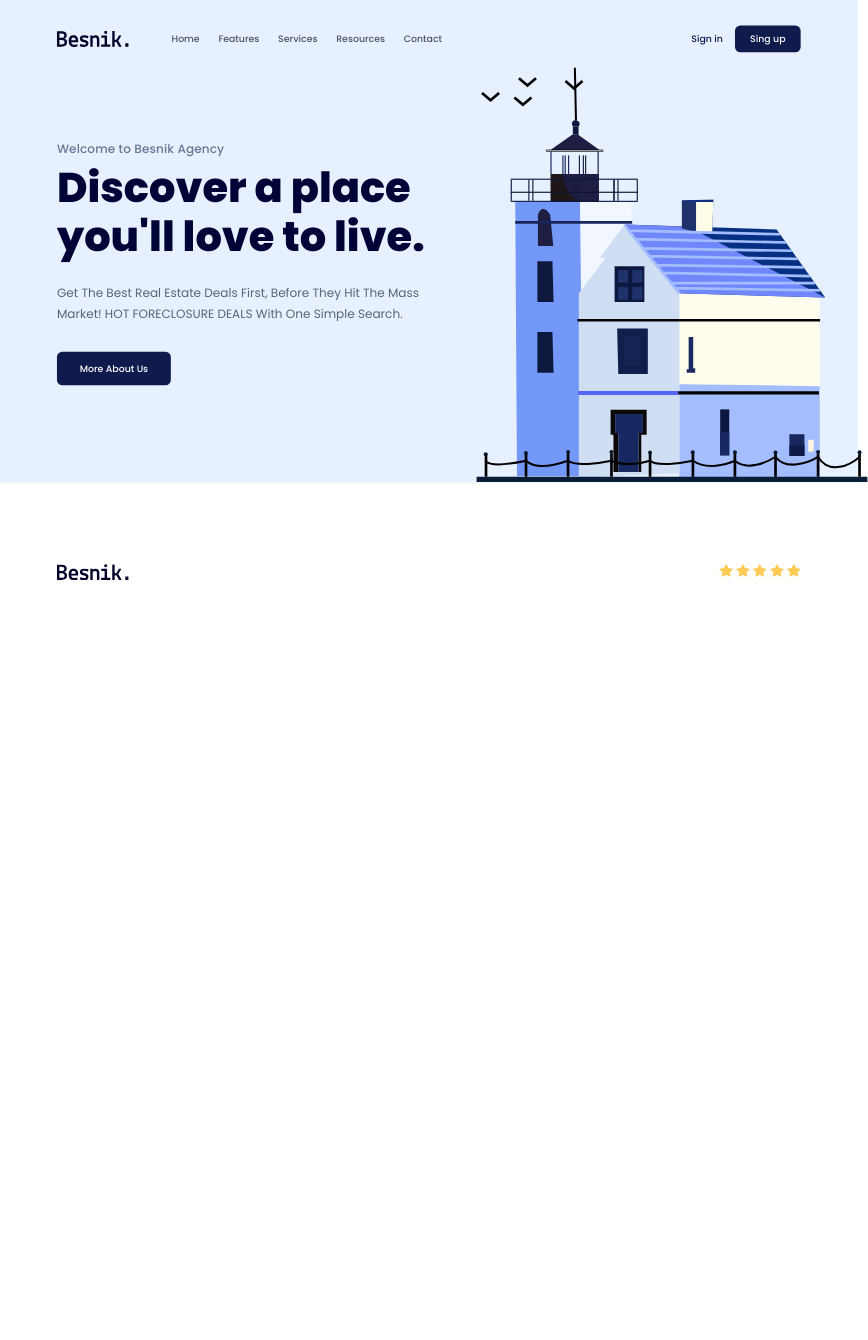
Repository: anhtien111198/f8-htmlcss-01
Page: index.html
An editor plug-in stored every save of this project. The page is shown before and after the next save, followed by the edit.
The browser window is 1280 px wide. The page is 1295 px wide, so the pictures cover 1295 px, including what lies to the right of the window. The pictures show the whole page, at 67% of full size.

Above is the page before, as saved 2023-04-29 16:26:25.

After the next save:
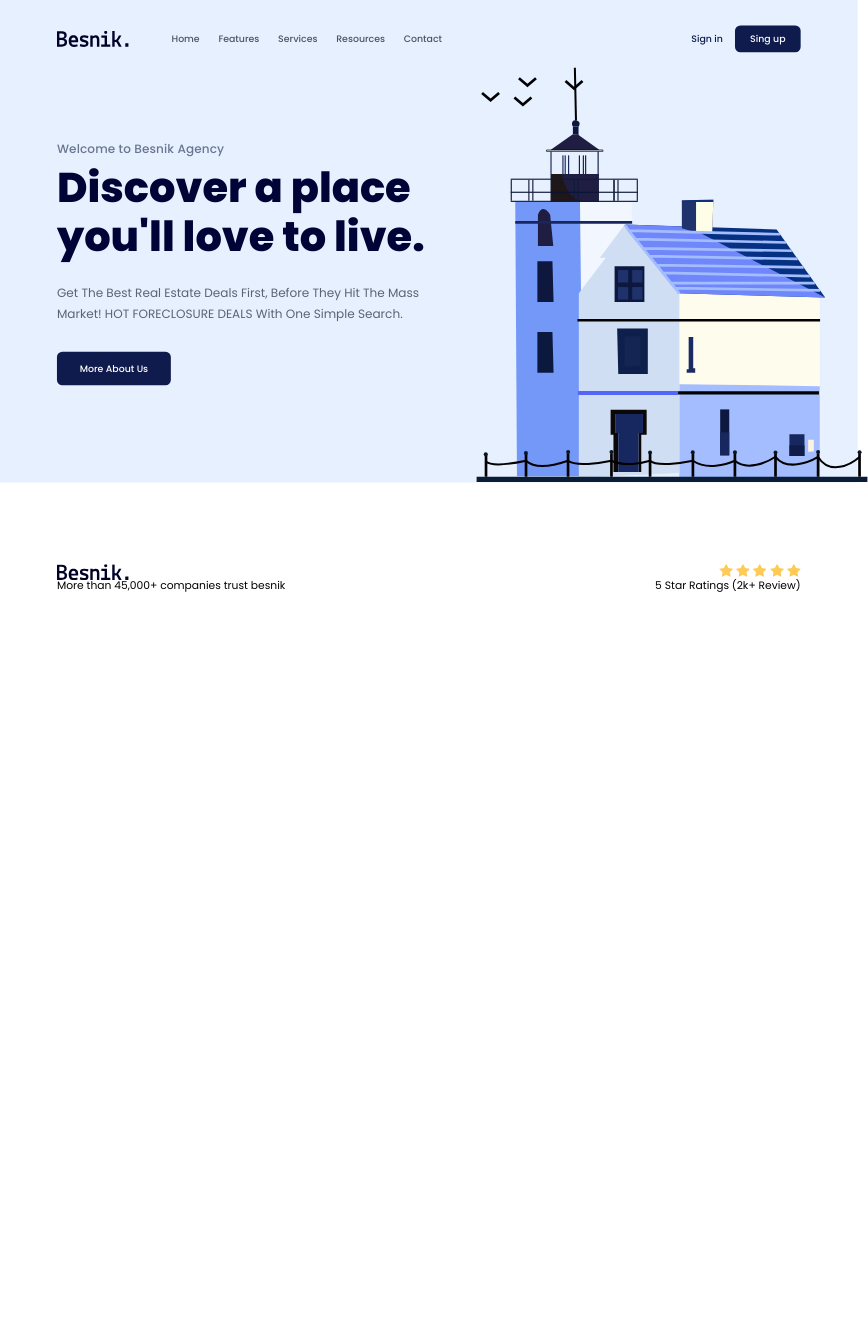
Saved 104 s later.
--- a/index.html
+++ b/index.html
@@ -79,6 +79,10 @@
                             <img src="./assets/img/start.svg" alt="start" />
                         </div>
                     </div>
+                    <div class="row">
+                        <p>More than 45,000+ companies trust besnik</p>
+                        <p>5 Star Ratings (2k+ Review)</p>
+                    </div>
                 </div>
             </div>
         </main>
